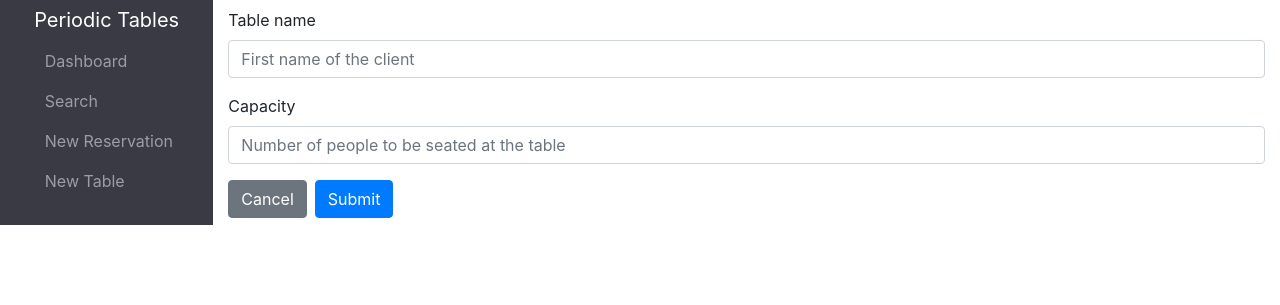
Repository: EMERIC237/resto-client
Page: /tables/new
The author's editor kept a copy of each file at every save. The page is drawn from the files as they stood at one save, then again after the next save.
The browser window is 1280 px wide. The pictures show the whole page.
The page's requests for data from a server got no answer. Some web fonts or font styles are not loaded; a fallback is used. The project was rebuilt for these pictures with package versions that can differ from the ones it lists, and the page was loaded fresh each time. No one was signed in, and anything a server would have sent is missing. Also part of the build but not shown: src/dashboard/Reservation.js, src/utils/format-reservation-date.js, src/utils/format-reservation-time.js, src/dashboard/Dashboard.js, src/layout/NotFound.js, src/reservations/ReservationForm.js, src/reservations/CreateReservation.js, src/reservations/SeatReservation.js.

Above is the page before, as saved 2021-09-19 21:46:46.

### src/layout/Layout.js
import React from "react";
import Menu from "./Menu";
import Routes from "./Routes";

import "./Layout.css";

/**
 * Defines the main layout of the application.
 *
 * You will NOT need to make changes to this file.
 *
 * @returns {JSX.Element}
 */
function Layout() {
  return (
    <div className="container-fluid">
      <div className="row h-100">
        <div className="col-md-2 side-bar">
          <Menu />
        </div>
        <div className="col">
          <Routes />
        </div>
      </div>
    </div>
  );
}

export default Layout;

### src/layout/Menu.js
import React from "react";

import { Link } from "react-router-dom";

/**
 * Defines the menu for this application.
 *
 * @returns {JSX.Element}
 */

function Menu() {
  return (
    <nav className="navbar navbar-dark align-items-start p-0">
      <div className="container-fluid d-flex flex-column p-0">
        <Link
          className="navbar-brand d-flex justify-content-center align-items-center sidebar-brand m-0"
          to="/"
        >
          <div className="sidebar-brand-text mx-3">
            <span>Periodic Tables</span>
          </div>
        </Link>
        <hr className="sidebar-divider my-0" />
        <ul className="nav navbar-nav text-light" id="accordionSidebar">
          <li className="nav-item">
            <Link className="nav-link" to="/dashboard">
              <span className="oi oi-dashboard" />
              &nbsp;Dashboard
            </Link>
          </li>
          <li className="nav-item">
            <Link className="nav-link" to="/search">
              <span className="oi oi-magnifying-glass" />
              &nbsp;Search
            </Link>
          </li>
          <li className="nav-item">
            <Link className="nav-link" to="/reservations/new">
              <span className="oi oi-plus" />
              &nbsp;New Reservation
            </Link>
          </li>
          <li className="nav-item">
            <Link className="nav-link" to="/tables/new">
              <span className="oi oi-layers" />
              &nbsp;New Table
            </Link>
          </li>
        </ul>
        <div className="text-center d-none d-md-inline">
          <button
            className="btn rounded-circle border-0"
            id="sidebarToggle"
            type="button"
          />
        </div>
      </div>
    </nav>
  );
}

export default Menu;

### src/layout/Routes.js
import React from "react";

import { Redirect, Route, Switch } from "react-router-dom";
import Dashboard from "../dashboard/Dashboard";
import NotFound from "./NotFound";
import CreateReservation from "../reservations/CreateReservation";
import CreateTable from "../tables/CreateTable";
import { today } from "../utils/date-time";
import SeatReservation from "../reservations/SeatReservation";

/**
 * Defines all the routes for the application.
 *
 *
 * @returns {JSX.Element}
 */
function Routes() {
  return (
    <Switch>
      <Route exact={true} path="/">
        <Redirect to={"/dashboard"} />
      </Route>
      <Route path="/tables/new">
        <CreateTable />
      </Route>
      <Route path="/reservations/:reservation_id/seat">
        {" "}
        <SeatReservation />
      </Route>
      <Route path="/reservations/new">
        {" "}
        <CreateReservation />
      </Route>
      <Route exact={true} path="/reservations">
        <Redirect to={"/dashboard"} />
      </Route>
      <Route path="/dashboard">
        <Dashboard date={today()} />
      </Route>
      <Route>
        <NotFound />
      </Route>
    </Switch>
  );
}

export default Routes;

### src/tables/CreateTable.js
import React, { useState } from "react";
import { useHistory } from "react-router";
import { createTable } from "../utils/api";
import TableForm from "./TableForm";

export default function CreateTable() {
  const [tableError, setTableError] = useState("");
  const history = useHistory();
  function submitHandler(table) {
    createTable(table).then(history.push(`/dashboard`)).catch(setTableError);
  }

  function cancel() {
    history.goBack();
  }

  return (
    <>
      <h1></h1>
      <TableForm
        onCancel={cancel}
        onSubmit={submitHandler}
        tableError={tableError}
      />
    </>
  );
}

### src/utils/date-time.js
const dateFormat = /\d\d\d\d-\d\d-\d\d/;
const timeFormat = /\d\d:\d\d/;

/**
 * Formats a Date object as YYYY-MM-DD.
 *
 * This function is *not* exported because the UI should generally avoid working directly with Date instance.
 * You may export this function if you need it.
 *
 * @param date
 *  an instance of a date object
 * @returns {string}
 *  the specified Date formatted as YYYY-MM-DD
 */
function asDateString(date) {
  return `${date.getFullYear().toString(10)}-${(date.getMonth() + 1)
    .toString(10)
    .padStart(2, "0")}-${date.getDate().toString(10).padStart(2, "0")}`;
}

/**
 * Format a date string in ISO-8601 format (which is what is returned from PostgreSQL) as YYYY-MM-DD.
 * @param dateString
 *  ISO-8601 date string
 * @returns {*}
 *  the specified date string formatted as YYYY-MM-DD
 */
export function formatAsDate(dateString) {
  return dateString.match(dateFormat)[0];
}

/**
 * Format a time string in HH:MM:SS format (which is what is returned from PostgreSQL) as HH:MM.
 * @param timeString
 *  HH:MM:SS time string
 * @returns {*}
 *  the specified time string formatted as YHH:MM.
 */
export function formatAsTime(timeString) {
  return timeString.match(timeFormat)[0];
}

/**
 * Today's date as YYYY-MM-DD.
 * @returns {*}
 *  the today's date formatted as YYYY-MM-DD
 */
export function today() {
  return asDateString(new Date());
}

/**
 * Subtracts one day to the specified date and return it in as YYYY-MM-DD.
 * @param currentDate
 *  a date string in YYYY-MM-DD format (this is also ISO-8601 format)
 * @returns {*}
 *  the date one day prior to currentDate, formatted as YYYY-MM-DD
 */
export function previous(currentDate) {
  let [ year, month, day ] = currentDate.split("-");
  month -= 1;
  const date = new Date(year, month, day);
  date.setMonth(date.getMonth());
  date.setDate(date.getDate() - 1);
  return asDateString(date);
}

/**
 * Adds one day to the specified date and return it in as YYYY-MM-DD.
 * @param currentDate
 *  a date string in YYYY-MM-DD format (this is also ISO-8601 format)
 * @returns {*}
 *  the date one day after currentDate, formatted as YYYY-MM-DD
 */
export function next(currentDate) {
  let [ year, month, day ] = currentDate.split("-");
  month -= 1;
  const date = new Date(year, month, day);
  date.setMonth(date.getMonth());
  date.setDate(date.getDate() + 1);
  return asDateString(date);
}

### src/utils/api.js
/**
 * Defines the base URL for the API.
 * The default values is overridden by the `API_BASE_URL` environment variable.
 */
// import formatReservationDate from "./format-reservation-date";
// import formatReservationTime from "./format-reservation-date";

const API_BASE_URL =
  process.env.REACT_APP_API_BASE_URL || "http://localhost:5000";

/**
 * Defines the default headers for these functions to work with `json-server`
 */
const headers = new Headers();
headers.append("Content-Type", "application/json");

/**
 * Fetch `json` from the specified URL and handle error status codes and ignore `AbortError`s
 *
 * This function is NOT exported because it is not needed outside of this file.
 *
 * @param url
 *  the url for the requst.
 * @param options
 *  any options for fetch
 * @param onCancel
 *  value to return if fetch call is aborted. Default value is undefined.
 * @returns {Promise<Error|any>}
 *  a promise that resolves to the `json` data or an error.
 *  If the response is not in the 200 - 399 range the promise is rejected.
 */
async function fetchJson(url, options, onCancel) {
  try {
    const response = await fetch(url, options);

    if (response.status === 204) {
      return null;
    }

    const payload = await response.json();

    if (payload.error) {
      return Promise.reject({ message: payload.error });
    }
    return payload.data;
  } catch (error) {
    if (error.name !== "AbortError") {
      console.error(error.stack);
      throw error;
    }
    return Promise.resolve(onCancel);
  }
}

/**
 * Retrieves all existing reservation.
 * @returns {Promise<[reservation]>}
 *  a promise that resolves to a possibly empty array of reservation saved in the database.
 */

// export async function listReservations(params, signal) {
//   const url = new URL(`${API_BASE_URL}/reservations`);
//   Object.entries(params).forEach(([key, value]) =>
//     url.searchParams.append(key, value.toString())
//   );
//   return await fetchJson(url, { headers, signal }, [])
//     .then(formatReservationDate)
//     .then(formatReservationTime);
// }
export async function listReservations(date, signal) {
  const url = `${API_BASE_URL}/reservations?date=${date}`;
  return await fetchJson(url, { headers, signal }, []);
}

/**
 * Create a new reservation
 * @param reservation
 *  the reservation to save, which must not have an `id` property
 * @param signal
 *  optional AbortController.signal
 * @returns {Promise<reservation>}
 *  a promise that resolves the saved reservation, which will now have an `reservation_id` property.
 */

export async function createReservation(reservation, signal) {
  const url = `${API_BASE_URL}/reservations`;
  const options = {
    method: "POST",
    headers,
    body: JSON.stringify({ data: reservation }),
    signal,
  };
  return await fetchJson(url, options);
}

/**
 * Retrieves the reservation with the specified `reservation_id`
 * @param reservation_id
 *  the `id` property matching the desired reservation.
 * @param signal
 *  optional AbortController.signal
 * @returns {Promise<any>}
 *  a promise that resolves to the saved reservation.
 */
export async function readReservation(reservation_id, signal) {
  const url = `${API_BASE_URL}/reservations/${reservation_id}`;
  return await fetchJson(url, { signal }, {});
}

/**
 * Updates an existing reservation
 * @param updatedReservation
 *  the reservation to save, which must have an `reservation_id` property.
 * @param signal
 *  optional AbortController.signal
 * @returns {Promise<Error|*>}
 *  a promise that resolves to the updated reservation.
 */
export async function updateReservation(updatedReservation, signal) {
  const url = `${API_BASE_URL}/reservations/${updatedReservation.reservation_id}`;
  const options = {
    method: "PUT",
    headers,
    body: JSON.stringify({ data: updatedReservation }),
    signal,
  };
  return await fetchJson(url, options, updatedReservation);
}

/**
 * Updates the status of an existing reservation
 * @param status
 *  the new status value to be updated
 * @param reservation_id
 *  the `reservation_id` property matching the reservation on wish the status should be changed.
 * @param signal
 *  optional AbortController.signal
 * @returns {Promise<Error|*>}
 *  a promise that resolves to the updated reservation.
 */
export async function updateReservationStatus(reservation_id, status, signal) {
  const url = `${API_BASE_URL}/reservations/${reservation_id}/status`;
  const options = {
    method: "PUT",
    headers,
    body: JSON.stringify({ data: status }),
    signal,
  };
  return await fetchJson(url, options, status);
}

/**
 * Retrieves all existing tables.
 * @returns {Promise<[tables]>}
 *  a promise that resolves to a possibly empty array of tables saved in the database.
 */

export async function listTables(signal) {
  const url = `${API_BASE_URL}/tables`;
  return await fetchJson(url, { headers, signal }, []);
}

/**
 * Create a new table
 * @param table
 *  the table to save, which must not have an `table_id` property
 * @param signal
 *  optional AbortController.signal
 * @returns {Promise<table>}
 *  a promise that resolves the saved table, which will now have an `table_id` property.
 */

export async function createTable(table, signal) {
  const url = `${API_BASE_URL}/tables`;
  const options = {
    method: "POST",
    headers,
    body: JSON.stringify({ data: table }),
    signal,
  };
  return await fetchJson(url, options);
}

/**
 * Assign a reservation to a table using @argument reservation_id;
 * @param reservation
 *  the reservation to assign to the table,
 * @param table_id
 * the id of the target table
 * @param signal
 *  optional AbortController.signal
 * @returns {Promise<reservation>}
 *  a promise that resolves the saved reservation, which will now have an `id` property.
 */

export async function AssignTable(table_id, reservation, signal) {
  const url = `${API_BASE_URL}/${table_id}/seat/`;
  const options = {
    method: "PUT",
    headers,
    body: JSON.stringify({ data: reservation.reservation_id }),
    signal,
  };
  return await fetchJson(url, options);
}

/**
 * Unassign a reservation from a table;
 * @param table_id
 * the id of the target table
 * @param signal
 *  optional AbortController.signal
 * @returns {Promise<reservation>}
 *  a promise that resolves the saved reservation, which will now have an `id` property.
 */

export async function UnassignTable(table_id, signal) {
  const url = `${API_BASE_URL}/${table_id}/seat/`;
  const options = { method: "DELETE", signal };
  return await fetchJson(url, options);
}

### src/tables/TableForm.js
import React, { useState } from "react";

function TableForm({ onSubmit, onCancel, tableError }) {
  const initialState = {
    table_name: "",
    capacity: "",
  };
  const [table, setTable] = useState(initialState);

  function changeHandler({ target: { name, value } }) {
    setTable((prevState) => ({
      ...prevState,
      [name]: value,
    }));
  }
  function submitHandler(event) {
    event.preventDefault();
    event.stopPropagation();
    onSubmit(table);
  }
  return (
    <>
      <form onSubmit={submitHandler}>
        <fieldset>
          <div className="form-group">
            <label htmlFor="table_name">Table name</label>
            <input
              type="text"
              id="table_name"
              name="table_name"
              className="form-control"
              value={table.table_name}
              required={true}
              placeholder="First name of the client"
              onChange={changeHandler}
            />
          </div>
          <div className="form-group">
            <label htmlFor="capacity">Capacity</label>
            <input
              type="text"
              id="capacity"
              name="capacity"
              className="form-control"
              value={table.capacity}
              required={true}
              placeholder="Number of people to be seated at the table"
              onChange={changeHandler}
            />
          </div>

          <button
            type="button"
            className="btn btn-secondary mr-2"
            onClick={onCancel}
          >
            Cancel
          </button>
          <button type="submit" className="btn btn-primary">
            Submit
          </button>
        </fieldset>
      </form>
    </>
  );
}
export default TableForm;

Loaded but not shown: public/index.html (common file); src/index.js (common file); src/App.js (common file); src/layout/Layout.css (common file)

After the next save:
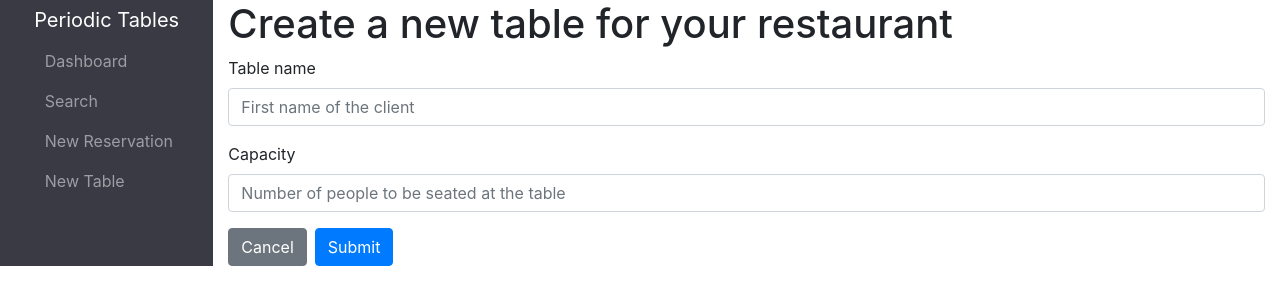
Saved 17 s later.
--- a/src/tables/CreateTable.js
+++ b/src/tables/CreateTable.js
@@ -16,7 +16,7 @@ export default function CreateTable() {
 
   return (
     <>
-      <h1></h1>
+      <h1>Create a new table for your restaurant</h1>
       <TableForm
         onCancel={cancel}
         onSubmit={submitHandler}
